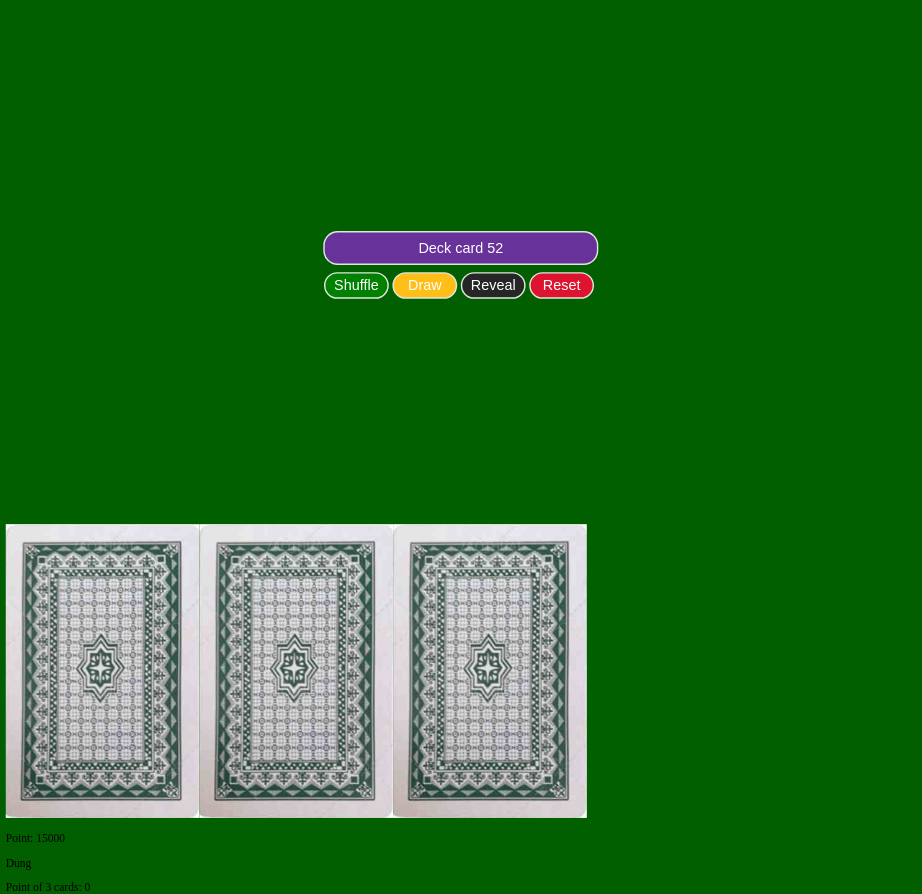
Repository: tiendungjr123/app-baicao
Page: /
These files come from the project's save history. The page is drawn as it stood at one moment and after the next save; the edit follows.
The browser window is 1280 px wide. The pictures show the whole page, at 72% of full size.
The page's requests for data from a server got no answer. The project was rebuilt for these pictures with package versions that can differ from the ones it lists, and the page was loaded fresh each time. No one was signed in, and anything a server would have sent is missing. Also part of the build but not shown: src/index.css, src/Components/card.jsx, src/Components/cardList.jsx, src/Components/table.jsx.

Above is the page before, as saved 2022-10-11 16:47:53.

### src/index.js
import React from 'react';
import ReactDOM from 'react-dom/client';
import './index.css';
import App from './App';

const root = ReactDOM.createRoot(document.getElementById('root'));
root.render(
   <App />
);

### src/App.js
import './App.css';
import CardList from './Components/cardList';
import Table from './Components/table';
import React, { useEffect, useState } from 'react';
import { getDrawCard, getShuffleCard } from './apis/index';
import img_6H from './assets/images/6H.png';
import img_7C from './assets/images/7C.png';
import img_QH from './assets/images/QH.png';
import baiup from './assets/images/baian.PNG';
function App() {

   const [deck_id, setDect_id] = useState('');
   const [listCard, setListCard] = useState([]);
   const [loading, setLoading] = useState(false);
   const [remaining, setRemaining] = useState(52);
   const [checkCard, setCheckCard] = useState(false);
   const [point, setPoint] = useState(15000);
   const [pointCard, setPointCard] = useState(0);


   useEffect(() => {
      getShuffleCard().then((res) => {
         setDect_id(res.data.deck_id);
      });
   }, []);

   const handleShuffle = () => {
      getShuffleCard().then((res) => {
         setDect_id(res.data.deck_id);
      });
      setRemaining(52);
      setCheckCard(false);
   }
   const handleDraw = () => {
      setLoading(true);
      if (remaining < 16) {
         alert('Không đủ bài để chia')
         setLoading(false);
         getShuffleCard().then((res) => {
            setDect_id(res.data.deck_id);
         });
         setListCard([]);
         setPointCard(0);
         setRemaining(52);
      }

   }

   useEffect(() => {
      if (deck_id && loading) {
         getDrawCard(deck_id).then((res) => {
            setListCard(res.data.cards);
            setRemaining(res.data.remaining);
            setLoading(false);
            setCheckCard(false);
         })
      }
   }, [deck_id, loading]);
   let user1 = listCard.slice(0,3);
   const handleReveal = () => {
      let total= 0;

      user1.map((card) => {
         if(card.value ==='ACE')
            card.value ='1';
         if(card.value === 'JACK' || card.value === 'KING' || card.value === 'QUEEN')
            card.value = '10';
         total = total+Number(card.value);
      })
      setPointCard(total);
      setCheckCard(true)
   }

   return (
      <div className="app">
         <div className='table'>
            <button className='btn-deck-card'>Deck card {remaining}</button>
            <div className='btn-action'>
               <button onClick={handleShuffle} className='btn btn-shuffle'>Shuffle</button>
               <button onClick={handleDraw} className='btn btn-draw'>Draw</button>
               <button onClick={handleReveal} className='btn btn-reveal'>Reveal</button>
               <button className='btn btn-reset'>Reset</button>
            </div>
         </div>
         {/* <CardList listCard={listCard} checkCard={checkCard}/> */}
         <div className="card-top">
               <div className='card'>
                  {checkCard ? (
                     <div className='card-img'>
                        {user1.map((card) =>(
                           <>
                              <img  src={card.image} alt="img" />
                           </>
                        ))}
                     </div>) : (
                     <div className='card-img'>
                        <img src={baiup} alt="6h" />
                        <img src={baiup} alt="7c" />
                        <img src={baiup} alt="qh" />
                     </div>)
                  }
                  <p className='point'>Point: 15000</p>
                  <p className='user'>Dung</p>
                  {checkCard ? (<p className='point'>Point of 3 cards: {pointCard}</p>) : (<p className='point'>Point of 3 cards: 0</p>)}
               </div>
         </div>
      </div>
   );
}

export default App;

### src/App.css
@import "./Scss/style.css";

### src/apis/index.js
import axios from 'axios';

export const getShuffleCard = () =>
   axios.get('https://deckofcardsapi.com/api/deck/new/shuffle/?deck_count=1');

export const getDrawCard = (deck_id) =>
   axios.get(`https://deckofcardsapi.com/api/deck/${deck_id}/draw/?count=12`);

### src/Scss/style.css
.table {
  height: 100vh;
  display: flex;
  justify-content: center;
  align-items: center;
  flex-direction: column;
}
.table .btn-deck-card {
  border: 2px solid #DFE8DE;
  border-radius: 20px;
  color: #fff;
  font-size: 20px;
  font-weight: 400;
  background-color: #673299;
  padding: 10px 130px;
  margin-bottom: 10px;
}
.table .btn-action .btn {
  border: 2px solid #DFE8DE;
  border-radius: 20px;
  color: #fff;
  font-size: 20px;
  font-weight: 400;
  margin-right: 5px;
  padding: 5px 10px;
  width: 90px;
  cursor: pointer;
}
.table .btn-action .btn-shuffle {
  background-color: #008101;
}
.table .btn-action .btn-draw {
  background-color: #FFBF18;
}
.table .btn-action .btn-reveal {
  background-color: #262627;
}
.table .btn-action .btn-reset {
  background-color: #dd142f;
}

body {
  background-color: #015F00;
  height: 100vh;
}/*# sourceMappingURL=style.css.map */

Loaded but not shown: public/index.html (common file)

After the next save:
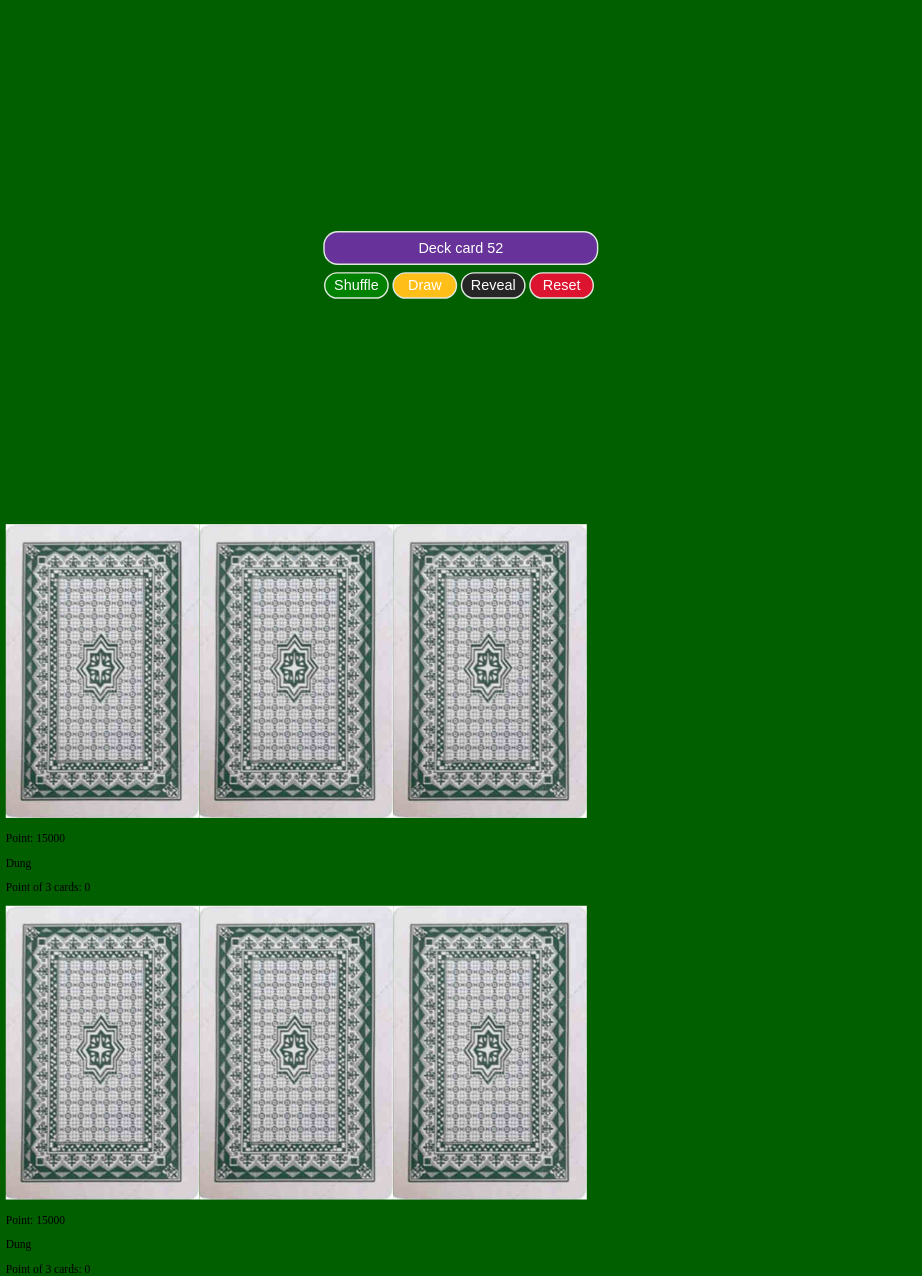
Saved 81 s later.
--- a/src/App.js
+++ b/src/App.js
@@ -57,9 +57,11 @@ function App() {
       }
    }, [deck_id, loading]);
    let user1 = listCard.slice(0,3);
+   let user2 = listCard.slice(0,3);
+   let user3 = listCard.slice(0,3);
+   let user4 = listCard.slice(0,3);
    const handleReveal = () => {
       let total= 0;
-
       user1.map((card) => {
          if(card.value ==='ACE')
             card.value ='1';
@@ -104,6 +106,27 @@ function App() {
                   {checkCard ? (<p className='point'>Point of 3 cards: {pointCard}</p>) : (<p className='point'>Point of 3 cards: 0</p>)}
                </div>
          </div>
+         <div className="card-right">
+               <div className='card'>
+                  {checkCard ? (
+                     <div className='card-img'>
+                        {user2.map((card) =>(
+                           <>
+                              <img  src={card.image} alt="img" />
+                           </>
+                        ))}
+                     </div>) : (
+                     <div className='card-img'>
+                        <img src={baiup} alt="6h" />
+                        <img src={baiup} alt="7c" />
+                        <img src={baiup} alt="qh" />
+                     </div>)
+                  }
+                  <p className='point'>Point: 15000</p>
+                  <p className='user'>Dung</p>
+                  {checkCard ? (<p className='point'>Point of 3 cards: {pointCard}</p>) : (<p className='point'>Point of 3 cards: 0</p>)}
+               </div>
+         </div>
       </div>
    );
 }
